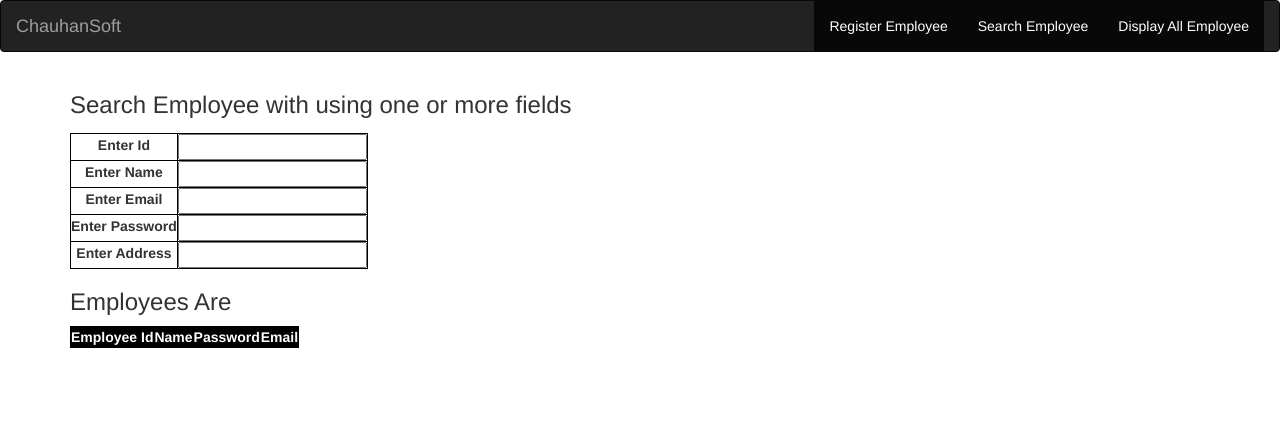
Repository: ErAdarshChauhan/Spring-Framework-5.0.0-Concepts
Page: http://localhost/sf-mvc-with-hibernate-crud-and-login-logout/WEB-INF/jsp/search.jsp
An editor plug-in stored every save of this project. The page is shown before and after the next save, followed by the edit.
The browser window is 1280 px wide. The pictures show the whole page.
The page is served by Tomcat 9. Nobody is signed in. Other server files are loaded and not shown. The template is opened directly, without the code that normally fills it, so the values that code supplies are empty.

Above is the page before, as saved 2020-06-22 12:59:26.

### Spring-MVC-Projects/sf-mvc-with-hibernate-crud-and-login-logout/src/main/webapp/WEB-INF/jsp/search.jsp
<%@ page language="java" contentType="text/html; charset=ISO-8859-1" isELIgnored="false"
    pageEncoding="ISO-8859-1"%>
<%@taglib uri="http://www.springframework.org/tags/form" prefix="form" %>
<%@taglib uri="http://java.sun.com/jsp/jstl/core" prefix="c" %>
<!DOCTYPE html>
<html lang="en">
<head>
  <title>Employees | ChauhanSoft</title>
  <meta charset="utf-8">
  <meta name="viewport" content="width=device-width, initial-scale=1">
  <link rel="stylesheet" href="https://maxcdn.bootstrapcdn.com/bootstrap/3.4.1/css/bootstrap.min.css">
  <script src="https://ajax.googleapis.com/ajax/libs/jquery/3.5.1/jquery.min.js"></script>
  <script src="https://maxcdn.bootstrapcdn.com/bootstrap/3.4.1/js/bootstrap.min.js"></script>
  <style type="text/css">
  	.navbar-align{
  		float: right;
  	}
  	table{
  			width: 1300px,
  			margin : auto;
  	}
  	table,th,td{
  		border: 1px solid black;
  		border-collapse: collapse;
  		text-align: center;
  	}
  	th{
  		background-color: black;
  		color:white;

  	}
  </style>
</head>
<body>

<nav class="navbar navbar-inverse">
  <div class="container-fluid">
    <div class="navbar-header">
      <a class="navbar-brand text-white" href="#">ChauhanSoft</a>
    </div>
    <ul class="nav navbar-nav navbar-align">
      <li class="active"><a href="register">Register Employee</a></li>
 	  <li class="active"><a href="normalSearch">Search Employee</a></li>
 	  <li class="active"><a href="displayEmployee">Display All Employee</a></li>
    </ul>
  </div>
</nav>


<div class="container">
  <h3>Search Employee with using one or more fields</h3>

  <form:form>
  	<table>
  		<div class="form-group">
  		   <tr>
  		   		<td><form:label path="employeeId">Enter Id</form:label></td>
  		   		<td><form:input path="employeeId"/></td>
  		   </tr>
  		   <tr>
  		   		<td><form:label path="employeeName">Enter Name</form:label></td>
  		   		<td><form:input path="employeeName"/></td>
  		   </tr>
  		   <tr>
  		   		<td><form:label path="email">Enter Email</form:label></td>
  		   		<td><form:input path="email"/></td>
  		   </tr>
  		   <tr>
  		   		<td><form:label path="password">Enter Password</form:label></td>
  		   		<td><form:input path="password"/></td>
  		   </tr>
  		   <tr>
  		   		<td><form:label path="address">Enter Address</form:label></td>
  		   		<td><form:input path="address"/></td>
  		   </tr>
  		</div>
  	</table>

  </form:form>

  <h3>Employees Are</h3>

   <p>
   		<table>
		  <tr>
		    <th>Employee Id</th>
		    <th>Name</th>
		    <th>Password</th>
		    <th>Email</th>
		  </tr>
		  <c:forEach var="tab" items="${data}">
		  		<tr>
		    		<td>${tab.employeeId}</td>
		   			<td>${tab.employeeName}</td>
		   			<td>${tab.password}</td>
		   			<td>${tab.email}</td>
		 		 </tr>
		  </c:forEach>

		</table>
   </p>
   <p>${msg}</p>
</div>

</body>
</html>

After the next save:
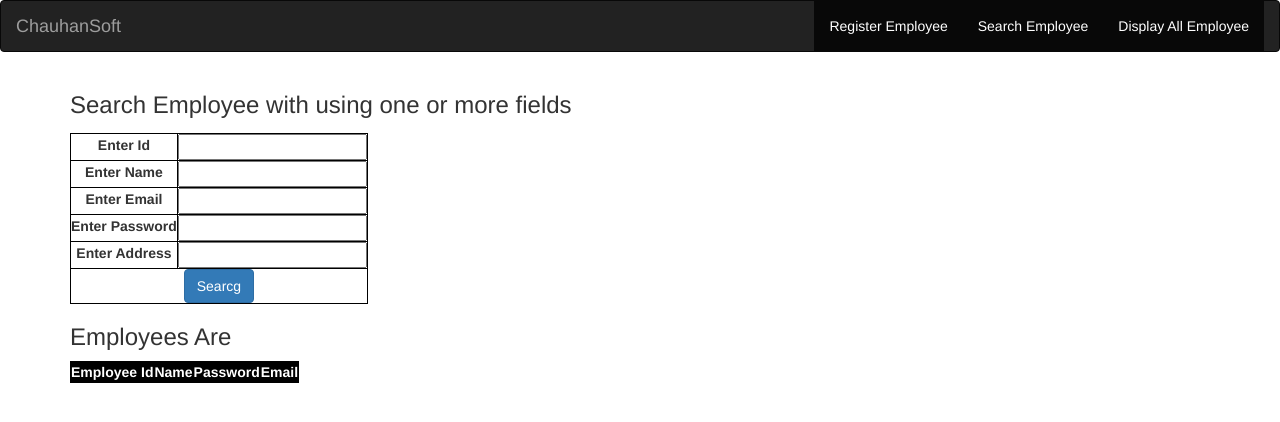
Saved 98 s later.
--- a/Spring-MVC-Projects/sf-mvc-with-hibernate-crud-and-login-logout/src/main/webapp/WEB-INF/jsp/search.jsp
+++ b/Spring-MVC-Projects/sf-mvc-with-hibernate-crud-and-login-logout/src/main/webapp/WEB-INF/jsp/search.jsp
@@ -73,6 +73,9 @@
   		   		<td><form:label path="address">Enter Address</form:label></td>
   		   		<td><form:input path="address"/></td>
   		   </tr>
+  		   <tr>
+  		   		<td colspan="2" align="center"><input type="submit" value="Searcg" class="btn btn-primary"></td>
+  		   </tr>
   		</div>
   	</table>
 
